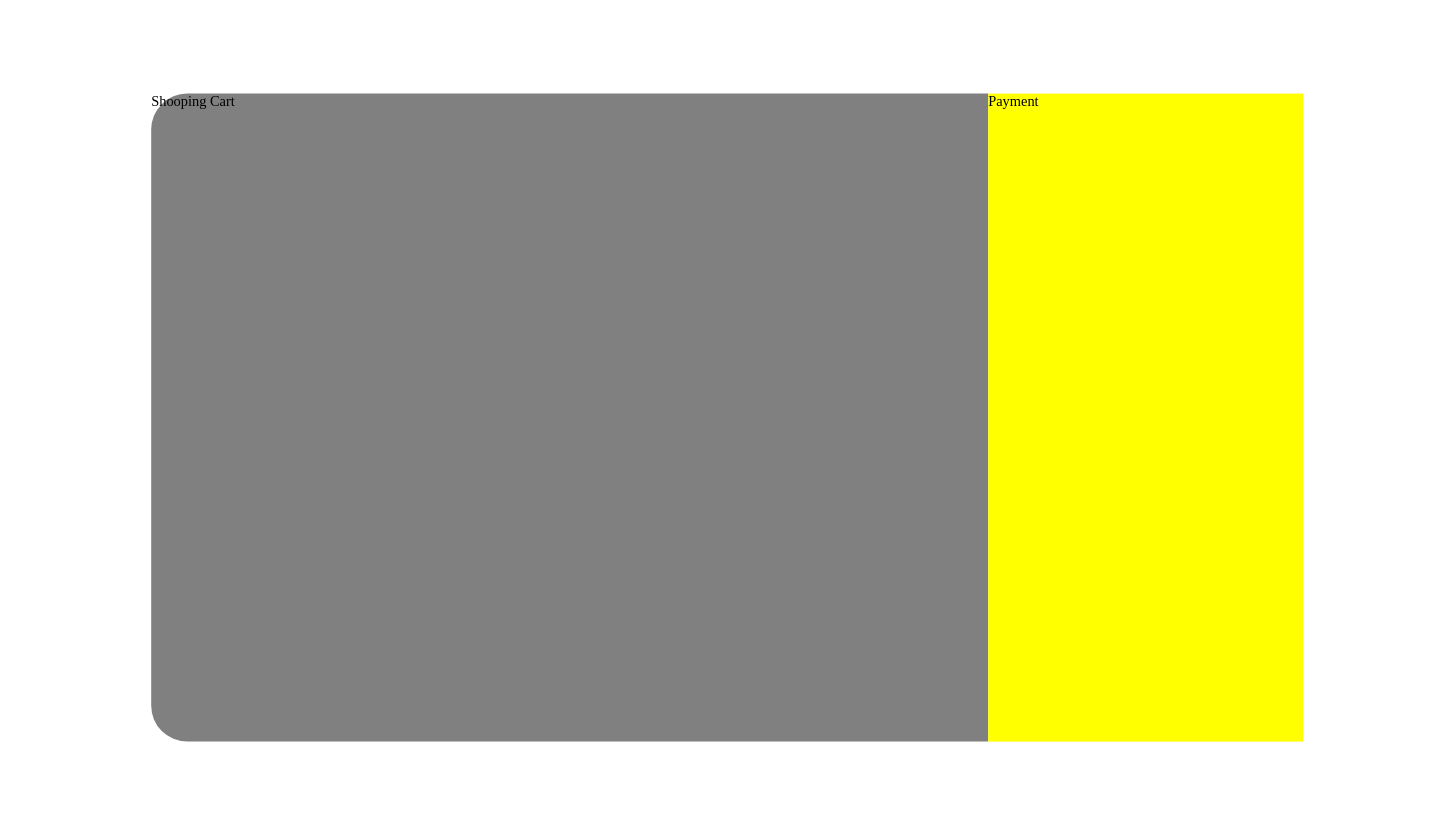
Repository: NDBaoFE/pizza-ordering-hiep
Page: /checkout
These files come from the project's save history. The page is drawn as it stood at one moment and after the next save; the edit follows.
The browser window is 1280 px wide. The page is 1608 px wide, then 1288 px, so the pictures cover 1608 px, including what lies to the right of the window. The pictures show the whole page, at 90% of full size.
The project was rebuilt for these pictures with package versions that can differ from the ones it lists, and the page was loaded fresh each time.

Above is the page before, as saved 2022-08-27 21:51:00.

### public/index.html
<!DOCTYPE html>
<html lang="en">
  <head>
    <meta charset="utf-8" />
    <link rel="icon" href="%PUBLIC_URL%/avatar.png" />
    <meta name="viewport" content="width=device-width, initial-scale=1" />
    <meta name="theme-color" content="#000000" />
    <link rel="apple-touch-icon" href="%PUBLIC_URL%/avatar.png" />
    <title>Pizza Ordering</title>
  </head>
  <body>
    <noscript>You need to enable JavaScript to run this app.</noscript>
    <div id="root"></div>
  </body>
</html>

### src/App.js
import RouterComponent from './router'

function App() {
  return <>{RouterComponent}</>
}

export default App

### src/router/index.js
import { BrowserRouter, Routes, Route } from 'react-router-dom'
import Checkout from '../pages/Checkout'

const privateRoutes = [{ name: 'checkout', path: '/checkout', element: <Checkout /> }]

const RouterComponent = (
  <BrowserRouter>
    <Routes>
      {privateRoutes.map((route) => (
        <Route key={route.name} path={route.path} element={route.element} />
      ))}
    </Routes>
  </BrowserRouter>
)

export default RouterComponent

### src/pages/Checkout/index.jsx
import React from 'react'
import * as Styled from './Checkout.styled'

const Checkout = (props) => {
  return (
    <Styled.Background>
      <Styled.Cart>Shooping Cart</Styled.Cart>
      <Styled.Payment>Payment</Styled.Payment>
    </Styled.Background>
  )
}

Checkout.propTypes = {}

export default Checkout

### src/pages/Checkout/Checkout.styled.js
import styled from 'styled-components'

export const Background = styled.div`
  width: 100vw;
  height: 100vh;
  padding: 6rem 10rem;
  display: flex;
`
export const Cart = styled.div`
  display: block;
  background-color: gray;
  flex: 1;
  border-top-left-radius: 40px;
  border-bottom-left-radius: 40px;
`
export const Payment = styled.div`
  min-width: 350px;
  background-color: yellow;
`

Loaded but not shown: src/index.js (common file)

After the next save:
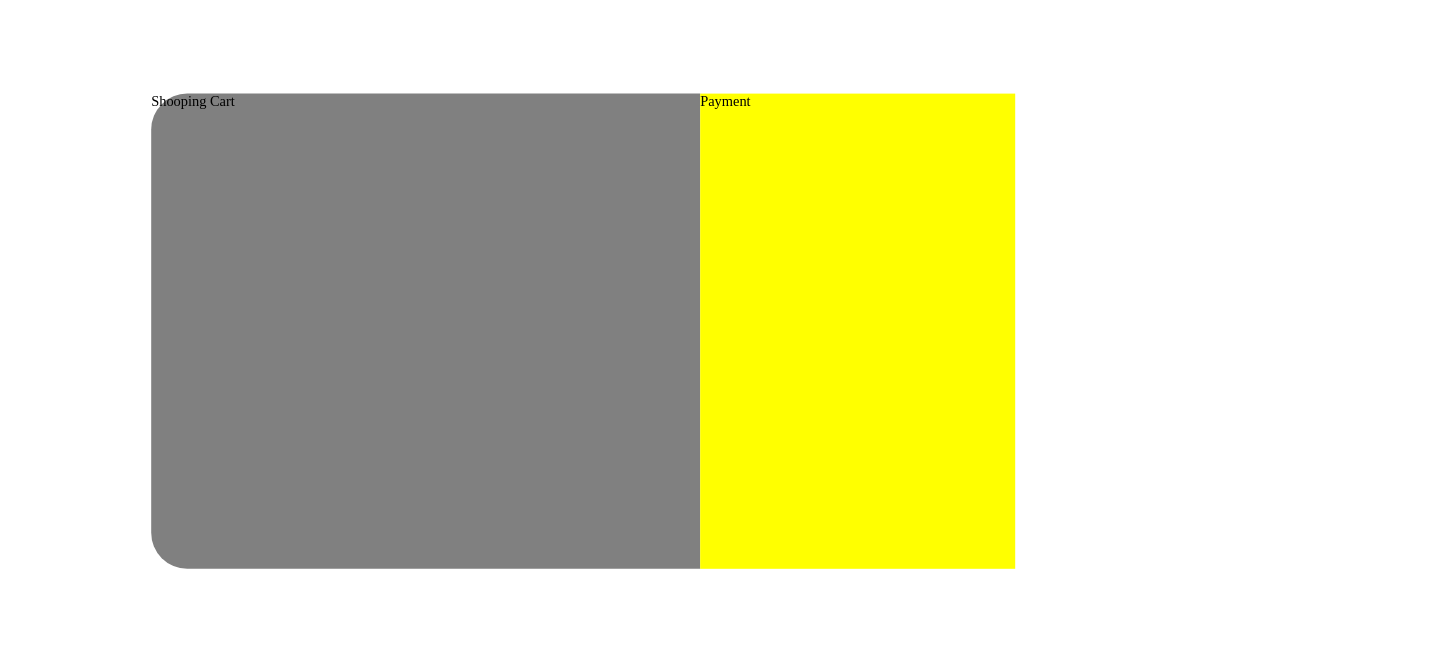
Saved 12 s later.
--- a/src/pages/Checkout/Checkout.styled.js
+++ b/src/pages/Checkout/Checkout.styled.js
@@ -1,6 +1,7 @@
 import styled from 'styled-components'
 
 export const Background = styled.div`
+  box-sizing: border-box;
   width: 100vw;
   height: 100vh;
   padding: 6rem 10rem;
